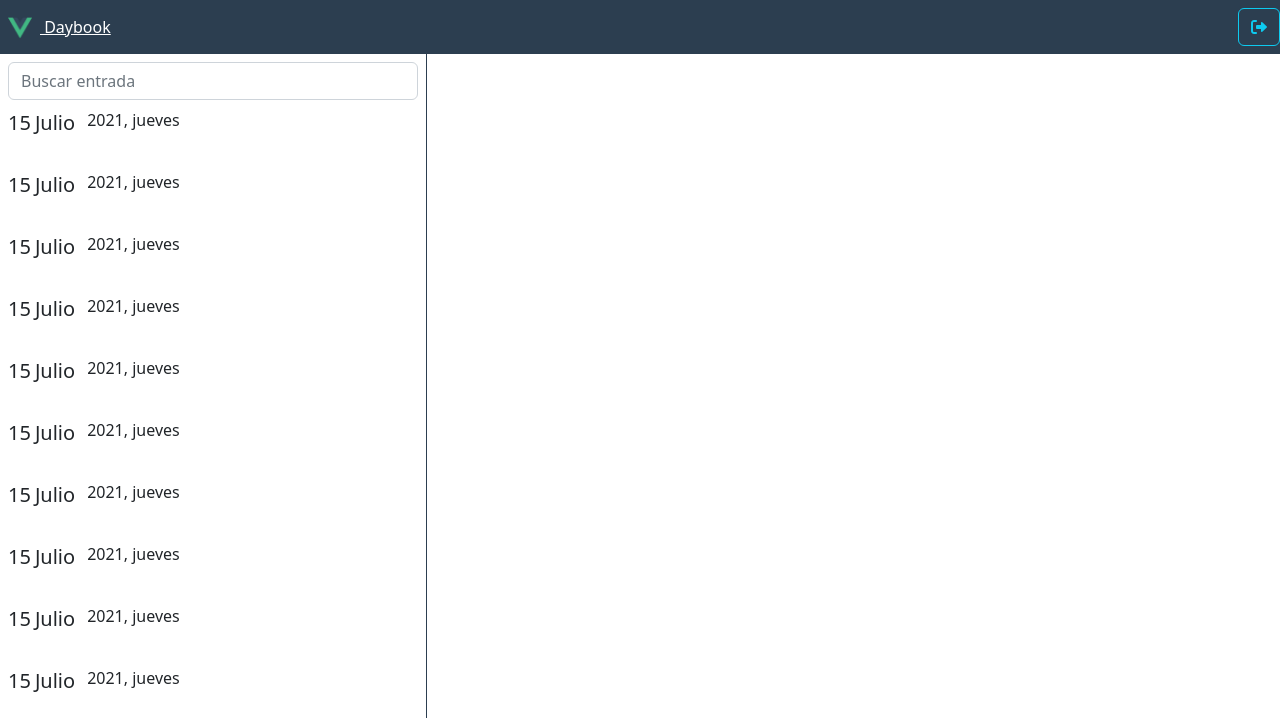
Repository: Osquitranki/jornal
Page: /#/daybook
These files come from the project's save history. The page is drawn as it stood at one moment and after the next save; the edit follows.
The browser window is 1280 px wide. The pictures show the whole page.
The project was rebuilt for these pictures with package versions that can differ from the ones it lists, and the page was loaded fresh each time. Also part of the build but not shown: vue.config.js, src/views/HomeView.vue.

Above is the page before, as saved 2022-12-20 16:07:53.

After the next save:
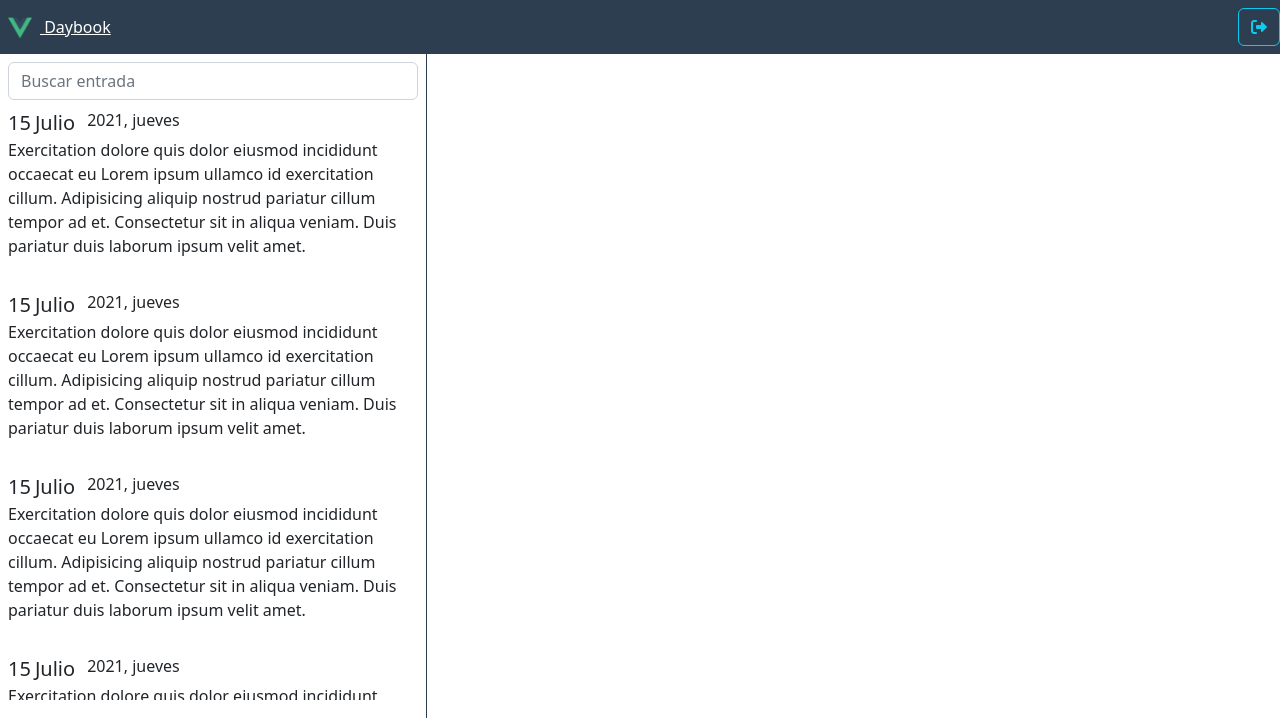
Saved 90 s later.
--- a/src/modules/daybook/components/Entry-element.vue
+++ b/src/modules/daybook/components/Entry-element.vue
@@ -7,7 +7,7 @@
     <span class="mx-2 fw-light">2021, jueves</span>
    </div>
    <div class="entry-description">
-
+   Exercitation dolore quis dolor eiusmod incididunt occaecat eu Lorem ipsum ullamco id exercitation cillum. Adipisicing aliquip nostrud pariatur cillum tempor ad et. Consectetur sit in aliqua veniam. Duis pariatur duis laborum ipsum velit amet.
    </div>
   </div>
 </template>
